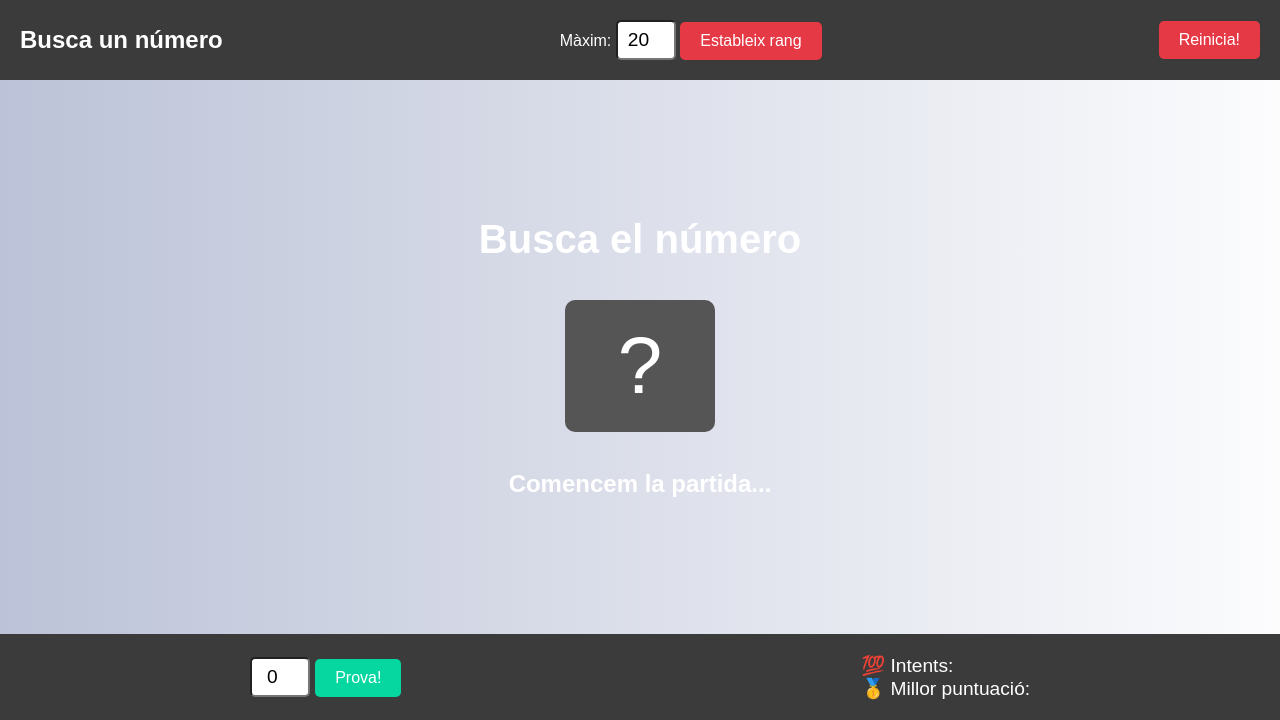
Repository: rdalmau23/M06_01
Page: index.html
An editor plug-in stored every save of this project. The page is shown before and after the next save, followed by the edit.
The browser window is 1280 px wide. The pictures show the whole page.

Above is the page before, as saved 2024-10-11 13:16:37.

### index.html
<!DOCTYPE html>
<html lang="en">
<head>
    <meta charset="UTF-8">
    <meta name="viewport" content="width=device-width, initial-scale=1.0">
    <title>Endivina el número</title>
    <link rel="stylesheet" href="style.css">
    <script src="script.js" defer></script>
</head>
<body>
    <header>
        <h2>Busca un número</h2>
        <div>
        <label for="max" id="rang">Màxim:</label>
        <input type="number" id="max" value="20">
        <button onclick="setRange()">Estableix rang</button>
    </div>
        <button onclick="resetGame()" id="reset">Reinicia!</button>
    </header>
    <main id="main">
        <h1>Busca el número</h1> <br>
        <div id="display-num">?</div> <br>
        <h3 id="display-result">Comencem la partida...</h3>
    </main>
    <footer>
        <div>
            <input type="number" value="0" id="num">
        <button onclick="playGame()" id="play">Prova!</button>
        </div>
        <div>
            <div id="display-jugades">💯 Intents: </div>
        <div id="display-puntuacio">🥇 Millor puntuació: </div>
        </div>
    </footer>
</body>
</html>

### style.css
* {
    margin: 0;
    padding: 0;
    box-sizing: border-box;
  }

  body {
    font-family: Arial, sans-serif;
    height: 100vh;
    display: flex;
    flex-direction: column;
    justify-content: space-between;
    background: linear-gradient(270deg, #ffffff, #001969);
    background-size: 400% 400%;
    animation: gradient-animation 12s ease infinite;
    position: relative;
  }

  @keyframes gradient-animation {
    0% {
      background-position: 0% 50%;
    }
    50% {
      background-position: 100% 50%;
    }
    100% {
      background-position: 0% 50%;
    }
  }

  header {
    background-color: #3b3b3b;
    color: white;
    padding: 20px;
    text-align: center;
    display: flex;
    justify-content: space-between;
    align-items: center;
  }

  header h2 {
    margin: 0;
  }

  header button {
    background-color: #e63946;
    border: none;
    color: white;
    padding: 10px 20px;
    cursor: pointer;
    border-radius: 5px;
    font-size: 16px;
    transition: background-color 0.3s ease;
  }

  header button:hover {
    background-color: #d62839;
  }

  main {
    flex-grow: 1;
    display: flex;
    flex-direction: column;
    justify-content: center;
    align-items: center;
  }

  main h1 {
    font-size: 2.5rem;
    color: white;
  }

  #display-num {
    font-size: 5rem;
    background-color: #555555;
    color: white;
    padding: 20px;
    width: 150px;
    text-align: center;
    border-radius: 10px;
    margin: 20px 0;
  }

  main h3 {
    font-size: 1.5rem;
    color: white;
  }

  footer {
    background-color: #3b3b3b;
    padding: 20px;
    display: flex;
    justify-content: space-around;
    align-items: center;
  }

 input[type="number"] {
    width: 60px;
    height: 40px;
    border-radius: 5px;
    padding: 10px;
    font-size: 1.2rem;
    text-align: center;
  }

  footer button {
    background-color: #06d6a0;
    border: none;
    color: white;
    padding: 10px 20px;
    cursor: pointer;
    border-radius: 5px;
    font-size: 16px;
    transition: background-color 0.3s ease;
  }

  footer button:hover {
    background-color: #04b383;
  }

  footer div {
    font-size: 1.2rem;
    color: #ffffff;
  }

  /* Ajustes Responsive */
  @media (max-width: 600px) {
    header, footer {
      flex-direction: column;
      gap: 10px;
    }

    #display-num {
      font-size: 4rem;
      width: 80px;
    }

    footer button {
      font-size: 14px;
    }
  }

### script.js
let numero1;
let userInput = 0;
let intents = 0;
let millorPunt = Infinity;

function setRange() {
    const max = parseInt(document.getElementById("max").value);
    if (max <= 1) {
        alert("El valor màxim ha de ser major que 1."); // marquem que no podem posa de màxim 0 ni negatius
        return;
    }
    numero1 = Math.floor(Math.random() * max) + 1;
    intents = 0;
    document.getElementById("display-num").innerHTML = "?";
    document.getElementById("display-result").innerHTML = "Comencem la partida...";
    document.getElementById("main").style.backgroundColor = "";
    document.getElementById("display-jugades").innerHTML = `💯 Intents: 0`;
    document.getElementById("display-puntuacio").innerHTML = "";
}

function playGame() { //funció per jugar
    if (!numero1) {
        alert("Si us plau, posa el rang abans de jugar!"); // aquí fem un alert que avisa de que s'ha de especifivar el rang amb el que volem jugar
        return;
    }

    userInput = parseInt(document.getElementById("num").value);
    if (userInput !== numero1) {
        intents++; // cada cop que fallem incrementa el num d'intents
        if (userInput < numero1) {
            sortida = `El ${userInput} és massa petit, torna a provar.`;
            document.getElementById("main").style.backgroundColor = "red";
        } else {                                                             // aquí fem que depenend de si és més gran o més petit et mostri un missatge o un altre i amb els colors igual
            sortida = `El ${userInput} és massa gran, torna a provar.`;
            document.getElementById("main").style.backgroundColor = "red";
        }
    } else {
        intents++;
        sortida = `Has endivinat el número!`;
        document.getElementById("display-num").innerHTML = numero1;
        document.getElementById("main").style.backgroundColor = "green"; // s'hi hem endivinat el numero ens mostra per pantalla i apareix un fons verd
        if (intents < millorPunt) {
            millorPunt = intents;
            document.getElementById("display-puntuacio").innerHTML = `🥇 Millor puntuació: ${millorPunt}`; // la millor puntuacio sempre serà si els intents és menor a la millor puntuació anterior
        }
    }
    document.getElementById("display-jugades").innerHTML = `💯 Intents: ${intents}`; // mo0strem els intents que portem
    document.getElementById("display-result").innerHTML = `${sortida}`;
    document.getElementById("num").select();
}

function resetGame() {
    document.getElementById("display-num").innerHTML = "?";
    document.getElementById("display-result").innerHTML = "Comencem la partida...";
    intents = 0;
    document.getElementById("display-jugades").innerHTML = "💯 Intents: 0"; // deixem els intents a 0 de nou però la millor puntuació es guarda
    document.getElementById("main").style.backgroundColor = "";
}

After the next save:
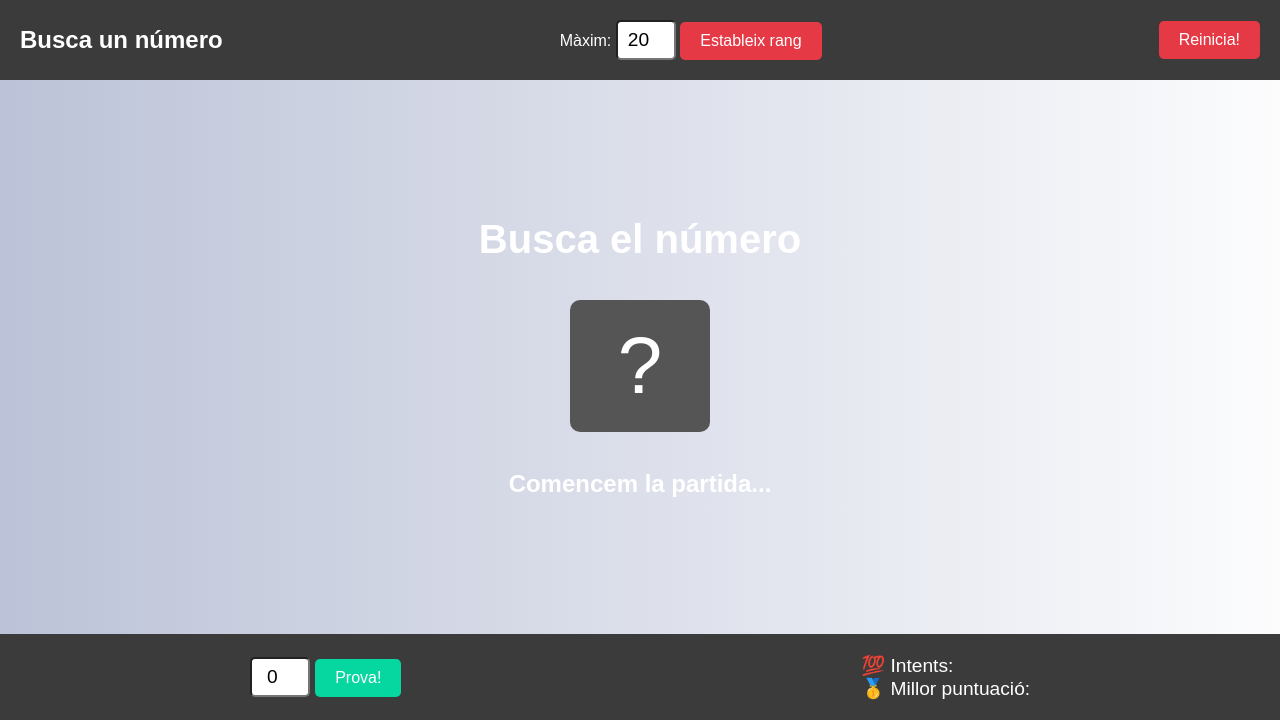
Saved 4 s later.
--- a/style.css
+++ b/style.css
@@ -75,7 +75,7 @@
     background-color: #555555;
     color: white;
     padding: 20px;
-    width: 150px;
+    width: 140px;
     text-align: center;
     border-radius: 10px;
     margin: 20px 0;
